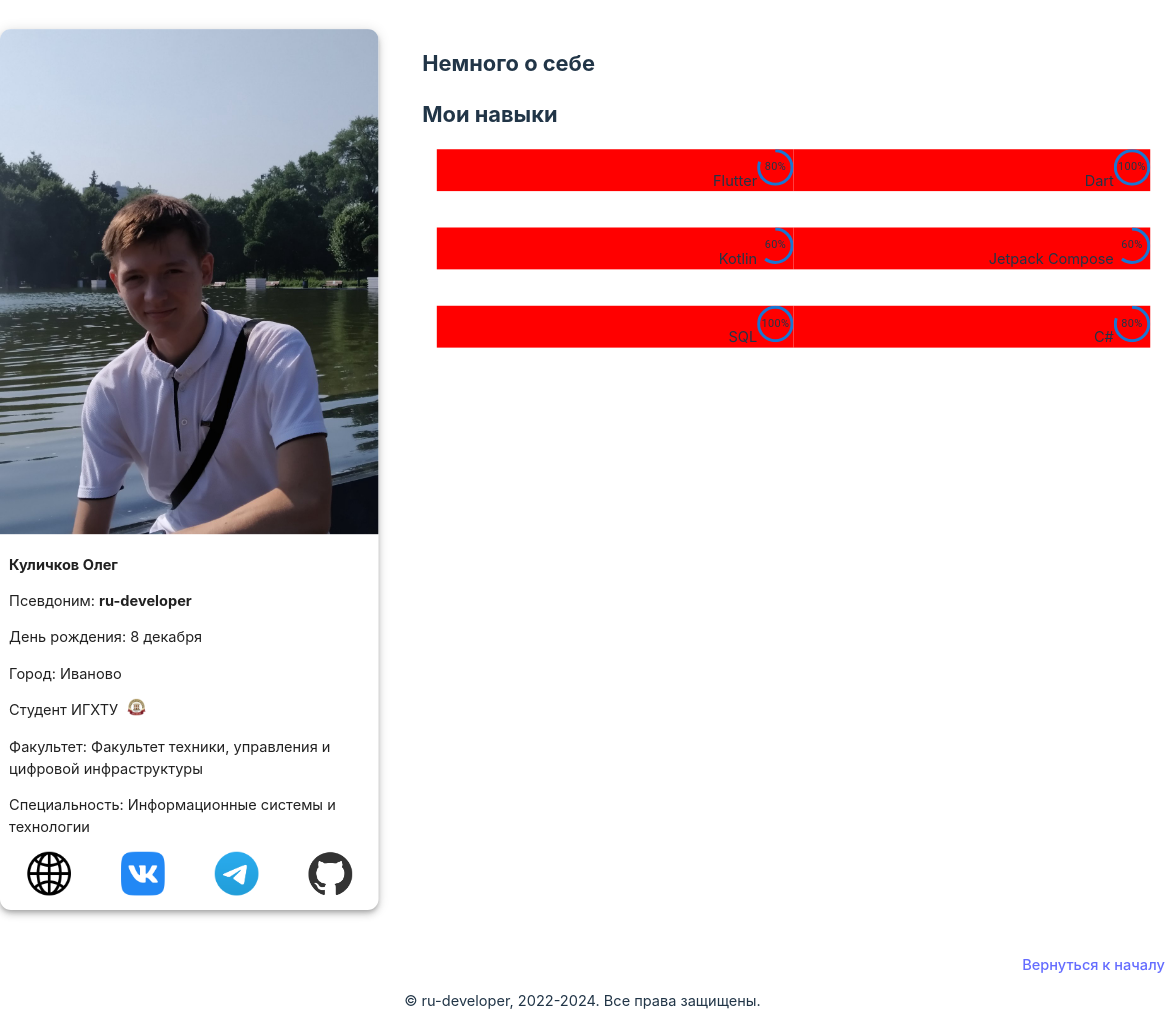
Repository: HubOl01/my_profile
Page: /
An editor plug-in stored every save of this project. The page is shown before and after a run of saves, followed by the edit.
The browser window is 1280 px wide. The pictures show the whole page, at 91% of full size.
The project was rebuilt for these pictures with package versions that can differ from the ones it lists, and the page was loaded fresh each time. Also part of the build but not shown: vite.config.ts, src/components/header/Header.module.scss, src/data/websites.ts.

Above is the page before, as saved 2024-03-09 11:04:15.

After the next 9 saves:
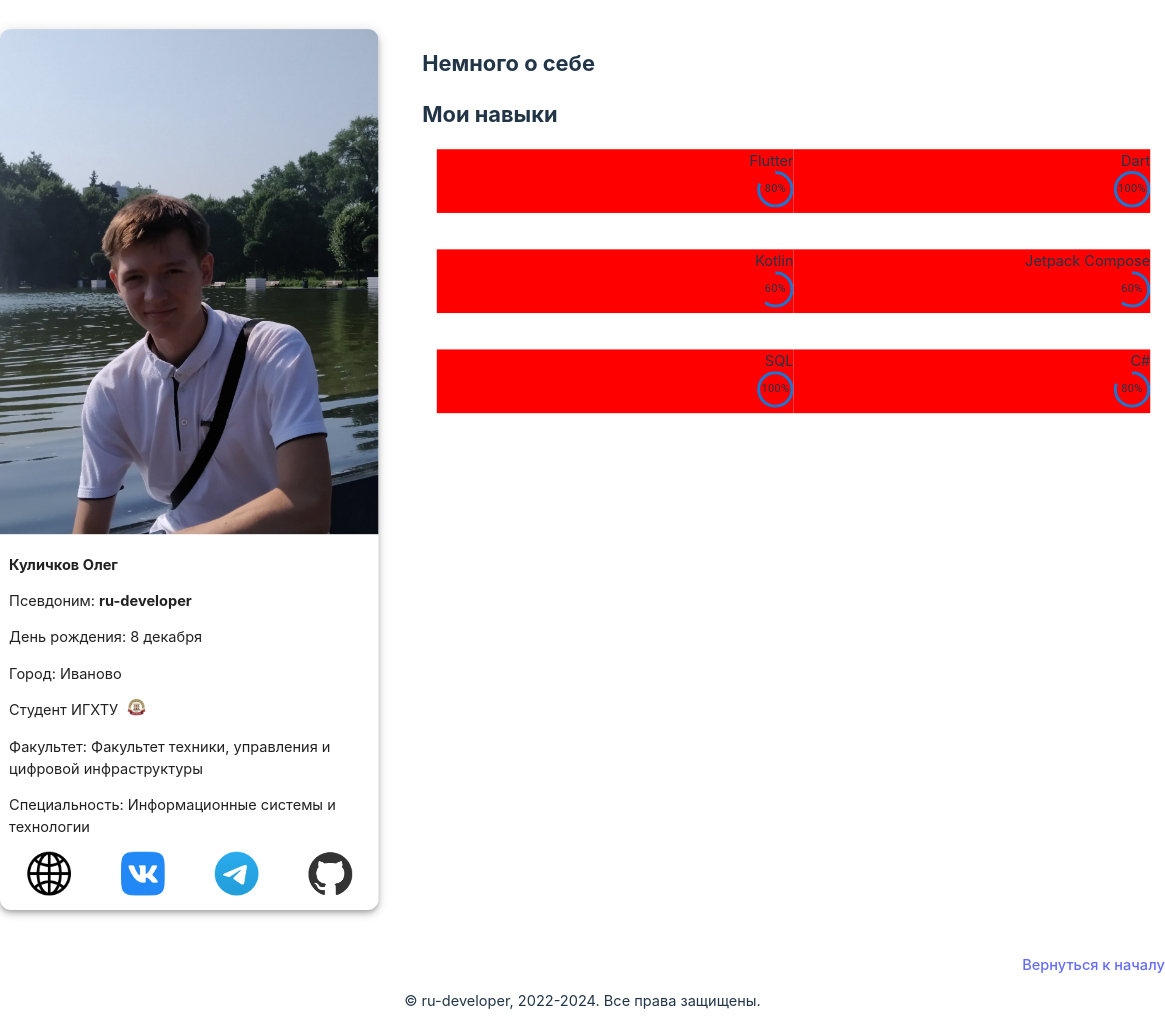
The 9 saves are shown as one change because they came seconds apart.
The last was saved 26 s later.
--- a/src/components/center/Common.tsx
+++ b/src/components/center/Common.tsx
@@ -25,12 +25,13 @@ export default function Common() {
               }}
               >
                 <Grid>
-
+<Grid>{skill.name}</Grid>
+<Grid><CircularProgressWithLabel value={skill.progress * 100} /></Grid>
                 </Grid>
-                  {skill.name}
 
 
-                  <CircularProgressWithLabel value={skill.progress * 100} />
+
+
 
 
 
